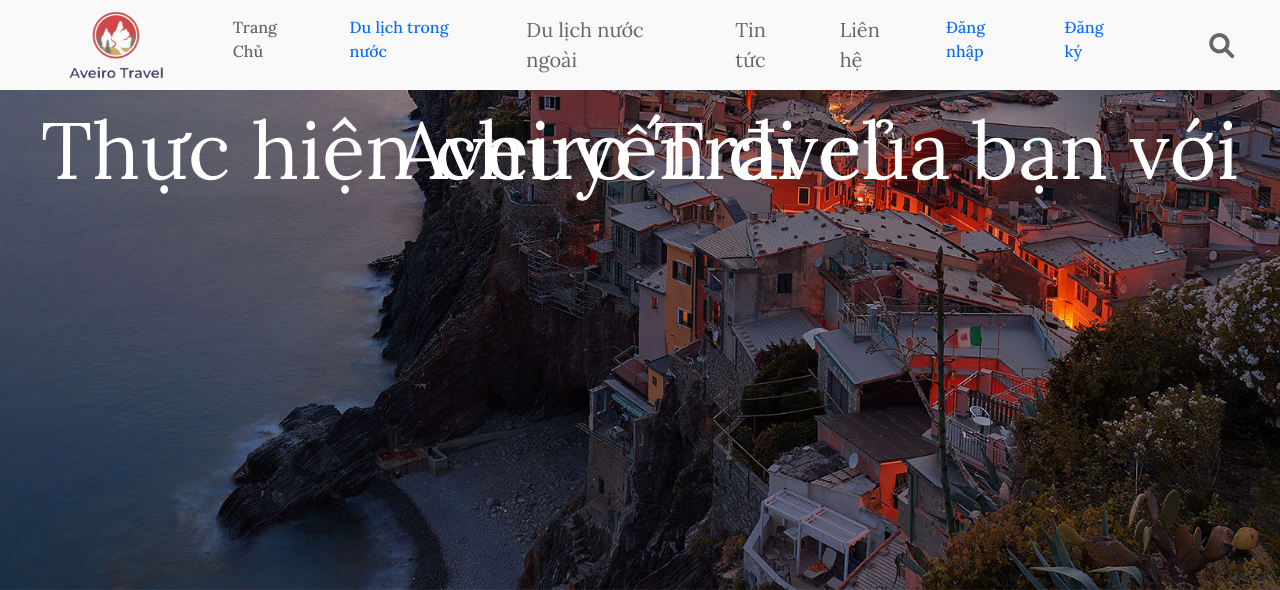
Repository: tuan842001/demotest
Page: /
These files come from the project's save history. The page is drawn as it stood at one moment and after the next save; the edit follows.
The browser window is 1280 px wide. The pictures show the part of the page from y = 0 to 590 px (the page is 4241 px tall).
Pictures or frames that could not be fetched are drawn as grey boxes. The project was rebuilt for these pictures with package versions that can differ from the ones it lists, and the page was loaded fresh each time. Also part of the build but not shown: src/components/offers/offers.css, src/components/offers/Offers.jsx, src/pages/intour/Intour.jsx, src/pages/login/login.css, src/pages/login/Login.jsx, src/pages/register/register.css, src/pages/register/Register.jsx.

Above is the page before, as saved 2021-10-14 18:08:38.

### public/index.html
<!DOCTYPE html>
<html lang="en">
  <head>
    <meta charset="utf-8" />
    <link rel="icon" href="%PUBLIC_URL%/favicon.ico" />
    <meta name="viewport" content="width=device-width, initial-scale=1" />
    <meta name="theme-color" content="#000000" />
    <meta name="description" content="Web site created using create-react-app"/>
    <link href="https://fonts.googleapis.com/css2?family=Lora:wght@400;500;600;700&display=swap" rel="stylesheet">
    <link rel="stylesheet" href="https://cdnjs.cloudflare.com/ajax/libs/font-awesome/6.0.0-beta2/css/all.min.css" integrity="sha512-YWzhKL2whUzgiheMoBFwW8CKV4qpHQAEuvilg9FAn5VJUDwKZZxkJNuGM4XkWuk94WCrrwslk8yWNGmY1EduTA==" crossorigin="anonymous" referrerpolicy="no-referrer" />
    <link href="https://fonts.googleapis.com/css2?family=Lora:ital,wght@1,700&family=Montserrat:wght@200&display=swap" rel="stylesheet">
    <link href="https://cdn.jsdelivr.net/npm/bootstrap@5.1.3/dist/css/bootstrap.min.css" rel="stylesheet" integrity="sha384-1BmE4kWBq78iYhFldvKuhfTAU6auU8tT94WrHftjDbrCEXSU1oBoqyl2QvZ6jIW3" crossorigin="anonymous">
    <title>Aveiro Travel</title>
  </head>
  <body>
    <noscript>You need to enable JavaScript to run this app.</noscript>
    <div id="root"></div>
  </body>
</html>

### src/App.js
import Home from './pages/home/Home';
import Intour from './pages/intour/Intour';
import Login from './pages/login/Login';
import Register from './pages/register/Register';
import TopBar from './components/topbar/TopBar';
import Bottombar from "./components/bottombar/Bottombar";
import "./app.css"
import {
  BrowserRouter as Router,
  Switch,
  Route,
  Link
} from "react-router-dom";


function App() {
  const user = false;
  return (
    <Router>
    <TopBar />
      <Switch>
        <Route path="/register">
          <Register />
        </Route>
        <Route path="/login">
          <Login />
        </Route>
        <Route path="/intour">
          <Intour />
        </Route>
        <Route path="/">
          <Home />
        </Route>
      </Switch>
    </Router>
  );
}

export default App;

### src/pages/home/Home.jsx
import Header from "../../components/header/Header";
import Top from "../../components/top/Top";
import Posts from "../../components/posts/Posts";
import Last from "../../components/last/Last";
import Video from "../../components/video/Video";
import Popular from "../../components/popular/Popular";
import Bottombar from "../../components/bottombar/Bottombar";
import "./home.css";

export default function Home() {
  return (
    <>
      <Header />
      <div className="home">
        <Top />
        <Posts />
        <Top />
        <Posts />
      </div>
      <Last />
      <Video />
      <Popular />
      <Bottombar />
    </>
  );
}

### src/components/topbar/TopBar.jsx
import { Link } from "react-router-dom";
import React from "react";
import "./topbar.css";

export default function TopBar() {
  const user = false;
  return (
    <div className="top">
      <div className="topLeft">
        <img
          className="topImg"
          src="./assets/images/logoAveiroTravel.png"
          alt=""
        />
      </div>
      <div className="topCenter">
        <ul className="topList">
          <li className="topListItem">
            <Link
              style={{
                textDecoration: "none",
                color: "inherit",
                fontsize: "20px",
              }}
              to="/"
            >
              Trang Chủ
            </Link>
          </li>
          <li className="topListItem">
            <Link to="/intour">Du lịch trong nước</Link>
          </li>
          <li className="topListItem">Du lịch nước ngoài</li>
          <li className="topListItem">Tin tức</li>
          <li className="topListItem">Liên hệ</li>
          <li className="topListItem">
            <Link to="/login">Đăng nhập</Link>
          </li>
          <li className="topListItem">
            <Link to="/register">Đăng ký</Link>
          </li>
        </ul>
      </div>
      <div className="topRight">
        <i className="topSearchIcon fas fa-search"></i>
      </div>
    </div>
  );
}

### src/components/bottombar/Bottombar.jsx
import "./bottombar.css";

export default function Bottombar() {
  return (
    <div className="bottombar">
      <div className="bottomLeft">
        <span className="bottomTitle">LIÊN HỆ</span>
        <span className="bottomText">Aveiro Travel</span>
        <span className="bottomText">Đường Z115 - xã Quyết Thắng</span>
        <span className="bottomText">TP. Thái Nguyên – tỉnh Thái Nguyên</span>
      </div>
      <div className="bottomCenter">
        <span className="bottomText">Phone: 0966245700</span>
        <span className="bottomText">Email: Averirotravel@gmail.com</span>
        <span className="bottomText">
          Liên hệ với chúng tôi <i></i>
        </span>
        <div className="bottomItem">
          <i className="bottomIcon fab fa-facebook-f"></i>
          <i className="bottomIcon fab fa-instagram"></i>
          <i className="bottomIcon fab fa-youtube"></i>
        </div>
      </div>
      <div className="bottomRight">
        <span className="bottomText">Đăng ký để nhận những tour mới nhất</span>
        <div className="bottomSubscribe">
          <input
            type="email"
            id="bottom_input"
            className="bottom_input"
            placeholder="Email của bạn"
          />
          <button type="submit" id="bottom_button" class="bottom_button">
            Đăng ký
          </button>
        </div>
      </div>
    </div>
  );
}

### src/app.css
*{
    margin: 0;
    padding: 0;
    -webkit-font-smoothing: antialiased;
    -webkit-text-shadow: rgba(0,0,0,.01) 0 0 1px;
    text-shadow: rgb(0 0 0 / 1%) 0 0 1px;
}
body{
    font-family: 'Montserrat', sans-serif;
    font-size: 14px;
    font-weight: 400;
    background: #FFFFFF;
    color: #131a2f;
}
ul{
    list-style: none;
    margin-bottom: 0px;
}
a{
    display: block;
    font-size: 16px;
    font-weight: 500;
    /* line-height: 56px; */
    text-decoration: none;
    background-color: transparent;
}
.container{
    width: 100%;
    padding-right: 15px;
    padding-left: 15px;
    margin-right: auto;
    margin-left: auto;
    position: relative;
}
.row{
    display: -ms-flexbox;
    display: flex;
    -ms-flex-wrap: wrap;
    flex-wrap: wrap;
    padding-top: 40px;
    padding-bottom: 65px;
    margin-left: calc(50% - 585px);
    margin-right: calc(50% - 585px);
}
.col{
    -ms-flex-preferred-size: 0;
    flex-basis: 0;
    -ms-flex-positive: 1;
    flex-grow: 1;
    max-width: 100%;
}
.sectionTitle{
    padding-top: 30px;
    line-height: 1.1;
    font-size: 40px;
    font-weight: 300;
    text-align: center!important;

}
.sectionTitle div {
    font-size: 16px;
    font-weight: 600;
    color: #7d8293;
    text-transform: uppercase;
    margin-top: 19px;
}
img{
    vertical-align: middle;
    border-style: none;
}
div{
    display: block;
    position: relative;
    -webkit-box-sizing: border-box;
    -moz-box-sizing: border-box;
    box-sizing: border-box;
}


.dropdown-content {
    display: none;
    position: absolute;
    right: 0;
    top: 100%;
    margin: 0;
    width: 100%;
    background: #FFFFFF;

    z-index: 1;
    box-shadow: 0 15px 25px rgb(63 78 100 / 15%);
}

.dropdown:hover .dropdown-content {
    display: block;
}

### src/components/header/Header.jsx
import "./header.css";

export default function Header() {
  return (
    <div className="header">
      <div className="headerTitles">
        <span className="headerTitleSm">Thực hiện chuyến đi của bạn với</span>
        <span className="headerTitleLg">Aveiro Travel</span>
      </div>
      <img className="headerTitImg" src="./assets/images/elements.jpg" alt="" />
    </div>
  );
}

### src/components/top/Top.jsx
import "./top.css";

export default function Top() {
  return (
    <div className="tops">
      <div className="rowTop">
        <div className="col">
          <div className="sectionTitle">
            <h2>DU LỊCH NƯỚC NGOÀI</h2>
            <div>Tour Đón Giáng Sinh Và Năm Mới 2019</div>
          </div>
        </div>
        <div className="row"></div>
      </div>
    </div>
  );
}

### src/components/posts/Posts.jsx
import Post from "../post/Post";
import IntourPost from "../intourPost/IntourPost";
import "./posts.css";

export default function Posts() {
  return (
    <div className="posts">
      <IntourPost />
      <Post />
      <Post />
    </div>
  );
}

### src/components/last/Last.jsx
import "./last.css";

export default function Last() {
  return (
    <div className="last">
      <img className="lastImg" src="./assets/images/last.jpg" alt="" />
      <div className="container">
        <div className="row">
          <div className="lastLeft">
            <div className="lastItem">
              <div className="lastItemContainer">
                <div className="lastSubtitle">Averio Travel</div>
                <div className="lastPercent">50%</div>
                <div className="lastTitle">
                  NHỮNG ĐỊA ĐIỂM VUI CHƠI Ở SENTOSA SINGAPORE TUYỆT ĐỐI KHÔNG
                  THỂ BỎ LỠ
                </div>
                <div className="lastText">
                  Toàn bộ Sentosa có 4 khu giải trí và nghỉ dưỡng, bao gồm:
                  Imbiah Lookout, Siloso Point, Beaches và Resorts World Sentosa
                  với nhiều khu vui chơi giải trí phù hợp với nhu cầu của khách
                  tham quan.
                </div>
                <div className="lastButton">
                  <a href="#">Xem chi tiết</a>
                </div>
              </div>
            </div>
          </div>
          <div className="lastRight">
            <div className="lastItem">
              <div className="lastItemContainer">
                <div className="lastSubtitle">Averio Travel</div>
                <div className="lastPercent">50%</div>
                <div className="lastTitle">Tháp Eiffel Có Áo Mới</div>
                <div className="lastText">
                  Kể từ thời điểm này, nếu bạn đến Paris và ghé thăm tháp Eiffel
                  ở cự ly gần sẽ được nhìn thấy một bức tường kính ngay dưới
                  chân tháp.
                </div>
                <div className="lastButton">
                  <a href="#">Xem chi tiết</a>
                </div>
              </div>
            </div>
          </div>
        </div>
      </div>
    </div>
  );
}

### src/components/video/Video.jsx
import "./video.css";

export default function Video() {
  return (
    <div className="video">
      <img className="videoBackground" src="./assets/images/video.jpg" alt="" />
      <div className="videoContent">
        <div className="videoTitle">Một ngày trên đảo</div>
        <div className="videoSubtitle">
          Chuyến đi do nhóm Averio Travel tổ chức
        </div>
        <div className="videoPlay">
          <a
            className="videoTest"
            href="https://www.youtube.com/watch?v=1La4QzGeaaQ"
          >
            <img src="./assets/images/play.png" alt="" />
          </a>
        </div>
      </div>
    </div>
  );
}

### src/components/popular/Popular.jsx
import "./popular.css";

export default function Popular() {
  return (
    <div className="popular">
      <div className="container">
        <div className="row">
          <div className="col">
            <div className="sectionTitle">
              <h2>Thư Viện</h2>
              <div>Khoảnh khắc đẹp nhất</div>
            </div>
          </div>
        </div>
        <div className="row">
          <div className="popularList">
            <div className="popularItem">
              <img src="./assets/images/gallery/popular_8.jpg" alt="" />
              <div className="popularItemText">
                <div className="popularItemTitle">Myanma</div>
              </div>
            </div>
            <div className="popularItem">
              <img src="./assets/images/gallery/popular_7.jpg" alt="" />
              <div className="popularItemText">
                <div className="popularItemTitle">Myanma</div>
              </div>
            </div>
            <div className="popularItem">
              <img src="./assets/images/gallery/popular_6.jpg" alt="" />
              <div className="popularItemText">
                <div className="popularItemTitle">Myanma</div>
              </div>
            </div>
            <div className="popularItem">
              <img src="./assets/images/gallery/popular_5.jpg" alt="" />
              <div className="popularItemText">
                <div className="popularItemTitle">Myanma</div>
              </div>
            </div>
            <div className="popularItem">
              <img src="./assets/images/gallery/popular_4.jpg" alt="" />
              <div className="popularItemText">
                <div className="popularItemTitle">Myanma</div>
              </div>
            </div>
            <div className="popularItem">
              <img src="./assets/images/gallery/popular_3.jpg" alt="" />
              <div className="popularItemText">
                <div className="popularItemTitle">Myanma</div>
              </div>
            </div>
            <div className="popularItem">
              <img src="./assets/images/gallery/popular_2.jpg" alt="" />
              <div className="popularItemText">
                <div className="popularItemTitle">Myanma</div>
              </div>
            </div>
            <div className="popularItem">
              <img src="./assets/images/gallery/popular_1.jpg" alt="" />
              <div className="popularItemText">
                <div className="popularItemTitle">Myanma</div>
              </div>
            </div>
          </div>
        </div>
      </div>
    </div>
  );
}

### src/components/intourPost/IntourPost.jsx
import "./intourPost.css";

export default function IntourPost() {
  return (
    <div className="intourPost">
      <img
        className="postImg"
        src="http://localhost/halotrip/view/images/tour/Hollywood-Walk-of-Fame_220247812.jpg"
        alt=""
      />
      <div className="postInfo">
        <span className="postPrice">7.555.000 VND</span>

        <span className="postTitle">DU LỊCH HONG KONG</span>
      </div>
    </div>
  );
}

### src/components/topbar/topbar.css
.top{
    width: 100%;
    height: 90px;
    background-color: #f9f9f9;
    position: sticky;
    top: 0;
    display: flex;
    align-items: center;
    font-family: 'Lora', serif;
    color: #666;
    z-index: 999;
}

.topLeft{
    flex: 2;
    display: flex;
    align-items: center;
    justify-content: center;
}
.topCenter{
    flex: 8;
}
.topRight{
    flex: 1;
    display: flex;
    align-items: center;
    justify-content: center;
}
.topImg{
    width: 140px;
    height: 140px;
    object-fit: cover;
}
.topList{
    display: flex;
    justify-content: end;
    margin: 0;
    padding: 0;
    list-style: none;
}
.topListItem{
    margin-right: 40px;
    font-size: 20px;
    font-weight: 400;
    cursor: pointer;
}
.topSearchIcon{
    font-size: 25px;
    color: #666;
    cursor: pointer;
}

### src/components/bottombar/bottombar.css
.bottombar{
    width: 100%;
    height: 300px;
    background-color: #080d1d;
    display: flex;
    align-items: center;
    font-family: 'Lora', serif;
    color: #fff;
    font-size: 18px;
    position: absolute;
}
.bottomLeft, .bottomCenter {
    flex: 3;
    display: flex;
    flex-direction: column;
    justify-content: center;
    margin-left: 74px;
}

.bottomRight{
    flex: 4;
    display: flex;
    flex-direction: column;
    justify-content: center;
}
.bottomTitle{
    font-size: 25px;
    font-weight: 700;
    margin-bottom: 25px;
}
.bottomText{
    margin-bottom: 10px;
}
.bottomIcon{
    font-size: 35px;
    margin-top: 15px;
    margin-right: 50px;
    cursor: pointer;
}
.bottomSubscribe{
    display: flex;
    margin-top: 20px;
}
.bottom_input{
    width: calc(65% - 100px);
    height: 56px;
    border: solid 2px rgba(255,255,255,0.5);
    outline: none;
    background: transparent;
    padding-left: 31px;
    color: #FFFFFF;
}
.bottom_button{
    width: 161px;
    height: 62px;
    vertical-align: top;
    cursor: pointer;
    border: none;
    outline: none;
    background: #fe364a;
    color: #FFFFFF;
    font-size: 16px;
    margin-left: 20px;
    font-weight: 500;
    -webkit-transition: all 200ms ease;
    -moz-transition: all 200ms ease;
    -ms-transition: all 200ms ease;
    -o-transition: all 200ms ease;
    transition: all 200ms ease;
}

### src/components/header/header.css

.headerTitles{
    display: flex;
    flex-direction: column;
    align-items: center;
    font-family: 'Lora', serif;
    color: #fff;
}
.headerTitleSm{
    position: absolute;
    top: 20%;
    font-size: 80px;
}
.headerTitleLg{
    position: absolute;
    top: 30%;
    font-size: 80px;
}
.headerTitImg{
    width: 100%;
    height: 500px;
    object-fit: cover;
}

### src/components/top/top.css
.sectionTitle h2 {
    font-weight: 300;
    color: #131a2f;
    font-size: 40px !important;
}
.rowTop{
    display: -ms-flexbox;
    display: flex;
    -ms-flex-wrap: wrap;
    flex-wrap: wrap;
    padding-top: 6px;
    padding-bottom: 40px;
    margin-left: calc(50% - 585px);
    margin-right: calc(50% - 585px);
}

### src/components/post/Post.jsx
import "./post.css";
export default function Post() {
  return (
    <div className="post">
      <img
        className="postImg"
        src="http://localhost/halotrip/view/images/tour/Hollywood-Walk-of-Fame_220247812.jpg"
        alt=""
      />
      <div className="postInfo">
        <span className="postPrice">7.555.000 VND</span>

        <span className="postTitle">DU LỊCH HONG KONG</span>
      </div>
    </div>
  );
}

### src/components/posts/posts.css
.posts {
    display: flex;
    flex-wrap: wrap;
    align-items: center;
    justify-content: center;
    width: 100%;
    padding-right: 15px;
    padding-left: 15px;
    margin-right: auto;
    margin-left: auto;
}

### src/components/last/last.css
.last{
    position: relative;
    font-family: 'Montserrat', sans-serif;
}
.lastImg{
    width: 100%;
    height: 100%;
    object-fit: cover;
    position: absolute;
    top: 0;
    left: 0;
}
.lastLeft, .lastRight{
    flex: 0 0 50%;
    max-width: 50%;
}
.lastItem{
    padding-right: calc(30% - 100px);
}
.lastItemContainer{
    background: rgba(254, 64, 91, 0.79);
    padding-top: 53px;
    padding-bottom: 35px;
    color: #FFFFFF;
    text-align: center;
    padding-left: 90px;
    padding-right: 80px;
}
.lastSubtitle {
    font-size: 16px;
    font-weight: 500;
    text-transform: uppercase;
    text-align: left;
}
.lastPercent{
    font-size: 160px;
    font-weight: 100;
    line-height: 0.75;
    margin-top: 14px;
    text-align: left;
}
.lastTitle{
    font-size: 40px;
    font-weight: 300;
    text-align: left;
    margin-top: 7px;
    line-height: 1.1;
}
.lastText{
    font-size: 14px;
    font-weight: 400;
    text-align: center;
    line-height: 2.14;
    margin-top: 15px;
}
.lastButton{
    margin-top: 37px;
    display: inline-block;
    width: 161px;
    height: 56px;
    background: #131a2f;

}

### src/components/video/video.css
.video {
    padding-top: 144px;
    padding-bottom: 198px;
    position: relative;
    font-family: 'Montserrat', sans-serif;
}
.video div {
    display: block;
    position: relative;
    -webkit-box-sizing: border-box;
    -moz-box-sizing: border-box;
    box-sizing: border-box;

}
.videoBackground{
    position: absolute;
    top: 0;
    left: 0;
    width: 100%;
    height: 100%;
    min-height: 400px;
    object-fit: cover;
    background: transparent;
}
.videoContent{
    width: auto;
    text-align: center;
    padding-left: 15px;
    padding-right: 15px;
}
.videoTitle{
    font-size: 30px;
    font-weight: 300;
    color: #FFFFFF;
}
.videoSubtitle{
    font-size: 14px;
    font-weight: 300;
    color: #FFFFFF;
    margin-top: 3px;
}
.videoPlay{
    margin: 0 auto;
    margin-top: 43px;
    cursor: pointer;
    width: 14%;
}
.videoTest{
    outline: none;
}

### src/components/popular/popular.css
.popular div{
    display: block;
    position: relative;
    -webkit-box-sizing: border-box;
    -moz-box-sizing: border-box;
    box-sizing: border-box;
}
.popular{
    width: 100%;
    background: #FFFFFF;
    font-family: 'Montserrat', sans-serif;
}
.popularList{
    width: 100%;
    align-items: center!important;
    justify-content: space-between!important;
    flex-direction: row!important;
    flex-wrap: wrap!important;
    display: flex!important;

}
.popularItem{
    width: calc((100% - 90px) / 4);
    margin-bottom: 26px;
}
.popularItem img{
    max-width: 100%;
    vertical-align: middle;
    border-style: none;
}

.popularItemText{
    position: absolute;
    left: 28px;
    bottom: 60px;
    z-index: 10;
}
.popularItemTitle{
    font-size: 20px;
    font-weight: 600;
    color: #FFFFFF;

}

### src/components/intourPost/intourPost.css
.intourPost {
    width: 360px;
    margin: 0px 25px 40px 25px;
    cursor: pointer;
    position: relative;
}
.postImg{
    width: 100%;
    height: 240px;
    object-fit: cover;
    border-radius: 7px;
}
.postInfo{
    display: flex;
    flex-direction: column;
    left: 33px;
    bottom: 75px;
    color: #fff;
}
.post div {
    position: relative;
    box-sizing: border-box;
}
.postTitle{
    font-family: 'Lora', serif;
    font-size: 20px;
    font-weight: 700;
    margin-top: 2px;
}
.postPrice{
    font-family: 'Lora', serif;
    font-style: italic;
}

### src/components/post/post.css
.post {
    width: 360px;
    margin: 0px 25px 40px 25px;
    cursor: pointer;
    position: relative;

}
.postImg{
    width: 100%;
    height: 240px;
    object-fit: cover;
    border-radius: 7px;
}
.postInfo{
    display: flex;
    flex-direction: column;
    left: 33px;
    bottom: 75px;
    color: #fff;
}
.post div {
    position: relative;
    box-sizing: border-box;
}
.postTitle{
    font-family: 'Lora', serif;
    font-size: 20px;
    font-weight: 700;
    margin-top: 2px;
}
.postPrice{
    font-family: 'Lora', serif;
    font-style: italic;
}

Loaded but not shown: src/index.js (common file); src/pages/home/home.css (common file); src/pages/intour/intour.css (no stored copy; drawn as an empty file)

After the next save:
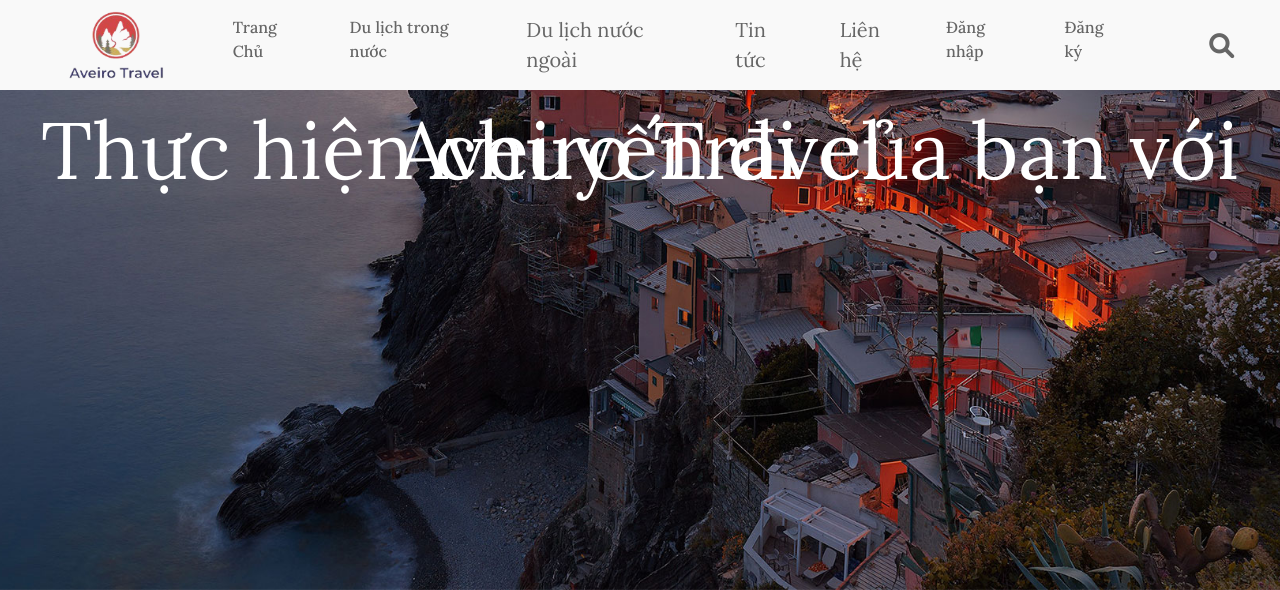
Saved 49 s later.
--- a/src/components/topbar/TopBar.jsx
+++ b/src/components/topbar/TopBar.jsx
@@ -28,16 +28,43 @@
             </Link>
           </li>
           <li className="topListItem">
-            <Link to="/intour">Du lịch trong nước</Link>
+            <Link
+              style={{
+                textDecoration: "none",
+                color: "inherit",
+                fontsize: "20px",
+              }}
+              to="/intour"
+            >
+              Du lịch trong nước
+            </Link>
           </li>
           <li className="topListItem">Du lịch nước ngoài</li>
           <li className="topListItem">Tin tức</li>
           <li className="topListItem">Liên hệ</li>
           <li className="topListItem">
-            <Link to="/login">Đăng nhập</Link>
+            <Link
+              style={{
+                textDecoration: "none",
+                color: "inherit",
+                fontsize: "20px",
+              }}
+              to="/login"
+            >
+              Đăng nhập
+            </Link>
           </li>
           <li className="topListItem">
-            <Link to="/register">Đăng ký</Link>
+            <Link
+              style={{
+                textDecoration: "none",
+                color: "inherit",
+                fontsize: "20px",
+              }}
+              to="/register"
+            >
+              Đăng ký
+            </Link>
           </li>
         </ul>
       </div>
